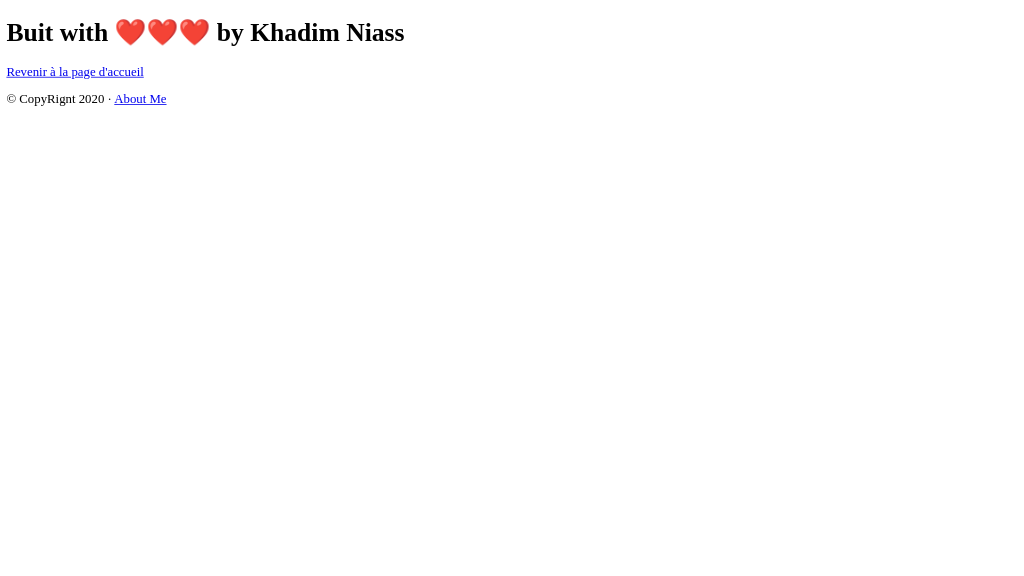
Repository: khadimniass/hello-city-with-Symfony
Page: templates/pages/about.html.twig
These files come from the project's save history. The page is drawn as it stood at one moment and after the next save; the edit follows.
The browser window is 1280 px wide. The pictures show the whole page, at 80% of full size.
The page is a Twig template of a Symfony application; nobody is signed in and links lead nowhere. The template is opened directly, without the code that normally fills it, so the values that code supplies are empty.

Above is the page before, as saved 2020-06-23 16:28:57.

### templates/pages/about.html.twig
{% extends 'base.html.twig' %}

{% block title 'About Us |' ~ parent() %}

{% block body %}
{# <img src="asset('imgs/KN.JPG')" alt="picture of Khadim Niass"> #}
    <h1>Buit with ❤️❤️❤️ by Khadim Niass</h1>

<p><a href="{{path('app_home')}}">Revenir à la page d'accueil</a></p>
{% endblock %}

### templates/base.html.twig
<!DOCTYPE html>
<html lang="{{app.request.locale}}">
    <head>
        <meta charset="UTF-8">
        <meta name="viewport" conteny="width=device-width, initial-scale=1, shrink-to-fit=no">
        <title>{% block title %}Hello City!{% endblock %}</title>
        {% block stylesheets %}{% endblock %}
    </head>
    <body>
        {% block body %}{% endblock %}
        {% block javascripts %}{% endblock %}

    <footer>
        <p>
            &copy CopyRignt {{'now'|date('Y') }}
            &middot; <a href="{{ path('app_about')}} ">About Me</a>
        </p>
    </footer>

    </body>
</html>

After the next save:
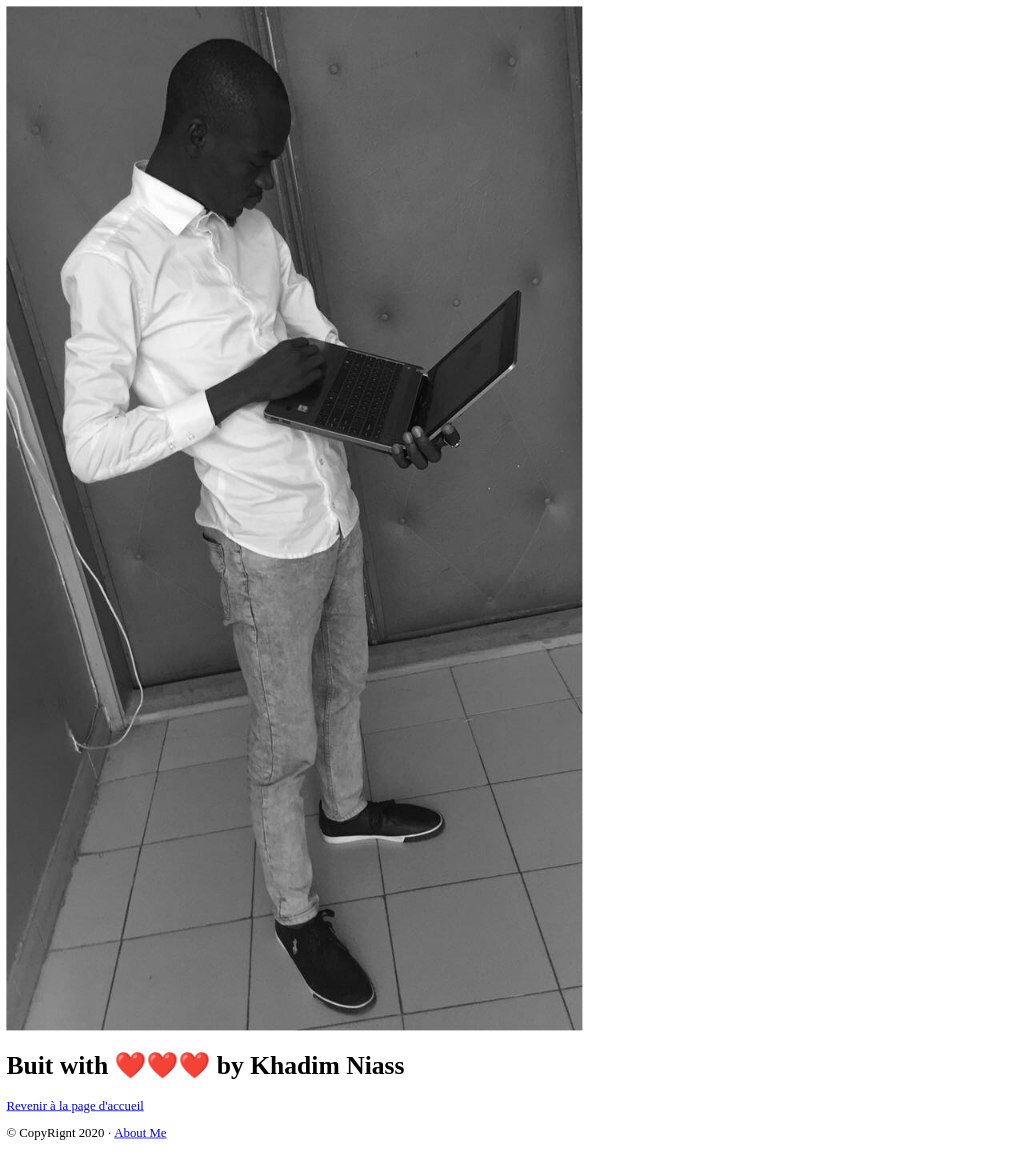
Saved 2 min 35 s later.
--- a/templates/pages/about.html.twig
+++ b/templates/pages/about.html.twig
@@ -3,7 +3,8 @@
 {% block title 'About Us |' ~ parent() %}
 
 {% block body %}
-{# <img src="asset('imgs/KN.JPG')" alt="picture of Khadim Niass"> #}
+<img src="imgs/KN.JPG" alt="picture of Khadim Niass">
+
     <h1>Buit with ❤️❤️❤️ by Khadim Niass</h1>
 
 <p><a href="{{path('app_home')}}">Revenir à la page d'accueil</a></p>
